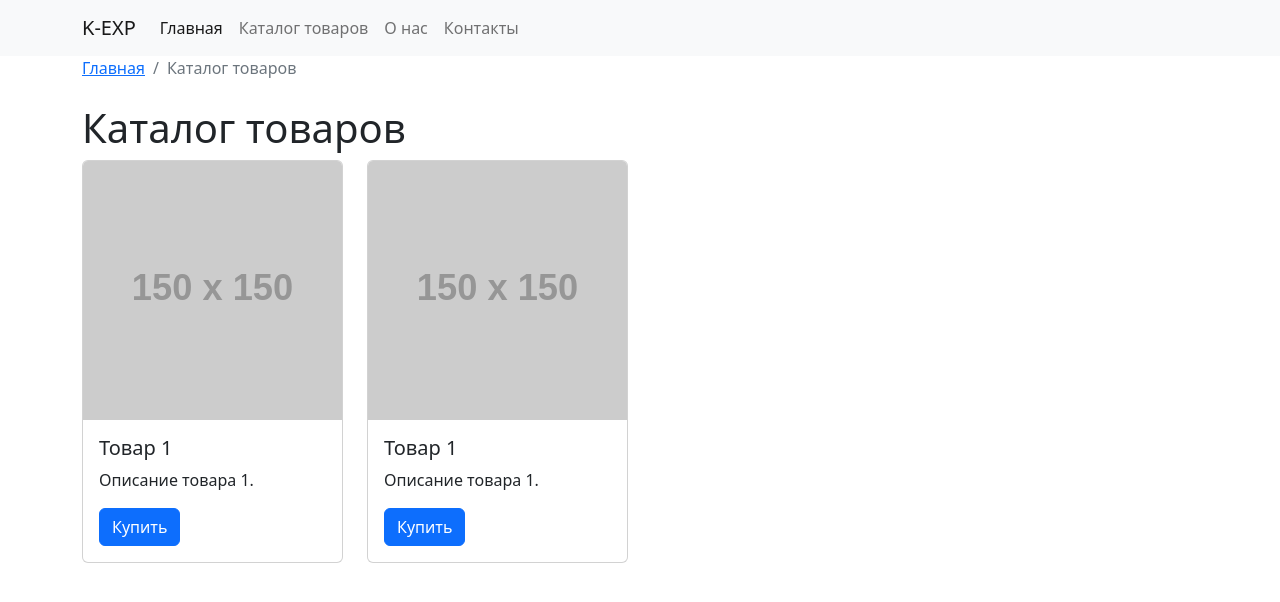
Repository: smartsoltech/kexp-shop
Page: main/catalog/templates/catalog/base.html
The author's editor kept a copy of each file at every save. The page is drawn from the files as they stood at one save, then again after the next save.
The browser window is 1280 px wide. The pictures show the whole page.
The template is drawn by Django 4.2. The application's start-up code is not run. Other server files are loaded and not shown. The template is opened directly, without the code that normally fills it, so the values that code supplies are empty.

Above is the page before, as saved 2023-03-14 14:08:14.

### main/catalog/templates/catalog/base.html
<!DOCTYPE html>
<html lang="ru">
<head>
  <meta charset="UTF-8">
  <meta name="viewport" content="width=device-width, initial-scale=1.0">
  <title>{% block title %}{% endblock %}</title>
  <!-- Подключение Bootstrap CSS -->
  <link rel="stylesheet" href="https://cdn.jsdelivr.net/npm/bootstrap@5.2.3/dist/css/bootstrap.min.css" integrity="sha384-rbsA2VBKQhggwzxH7pPCaAqO46MgnOM80zW1RWuH61DGLwZJEdK2Kadq2F9CUG65" crossorigin="anonymous"></head>
<body>

  <!-- Навигационная панель -->
  <nav class="navbar navbar-expand-lg navbar-light bg-light">
    <div class="container">
      <a class="navbar-brand" href="{% url 'home' %}">K-EXP</a>
      <button class="navbar-toggler" type="button" data-bs-toggle="collapse" data-bs-target="#navbarNav" aria-controls="navbarNav" aria-expanded="false" aria-label="Toggle navigation">
        <span class="navbar-toggler-icon"></span>
      </button>
      <div class="collapse navbar-collapse" id="navbarNav">
        <ul class="navbar-nav">
          <li class="nav-item">
            <a class="nav-link active" aria-current="page" href="{% url 'home' %}">Главная</a>
          </li>
          <li class="nav-item">
            <a class="nav-link" href="#">Каталог товаров</a>
          </li>
          <li class="nav-item">
            <a class="nav-link" href="{% url 'about' %}">О нас</a>
          </li>
          <li class="nav-item">
            <a class="nav-link" href="#">Контакты</a>
          </li>
        </ul>
      </div>
    </div>
  </nav>

  <!-- Хлебные крошки -->
  <nav aria-label="breadcrumb">
    <div class="container">
      <ol class="breadcrumb">
        <li class="breadcrumb-item"><a href="#">Главная</a></li>
        <li class="breadcrumb-item active" aria-current="page">Каталог товаров</li>
      </ol>
    </div>
  </nav>

  <!-- Основное содержимое -->
  <div class="container my-4">
    <h1>Каталог товаров</h1>
    <div class="row">
      <div class="col-md-3">
        <div class="card">
          <img src="https://via.placeholder.com/150" class="card-img-top" alt="...">
          <div class="card-body">
            <h5 class="card-title">Товар 1</h5>
            <p class="card-text">Описание товара 1.</p>
            <a href="#" class="btn btn-primary">Купить</a>
          </div>
      </div>
    </div>
      <div class="col-md-3">
        <div class="card">
          <img src="https://via.placeholder.com/150" class="card-img-top" alt="...">
          <div class="card-body">
            <h5 class="card-title">Товар 1</h5>
            <p class="card-text">Описание товара 1.</p>
            <a href="#" class="btn btn-primary">Купить</a>
          </div>
      </div>
    </div>
  </div>

After the next save:
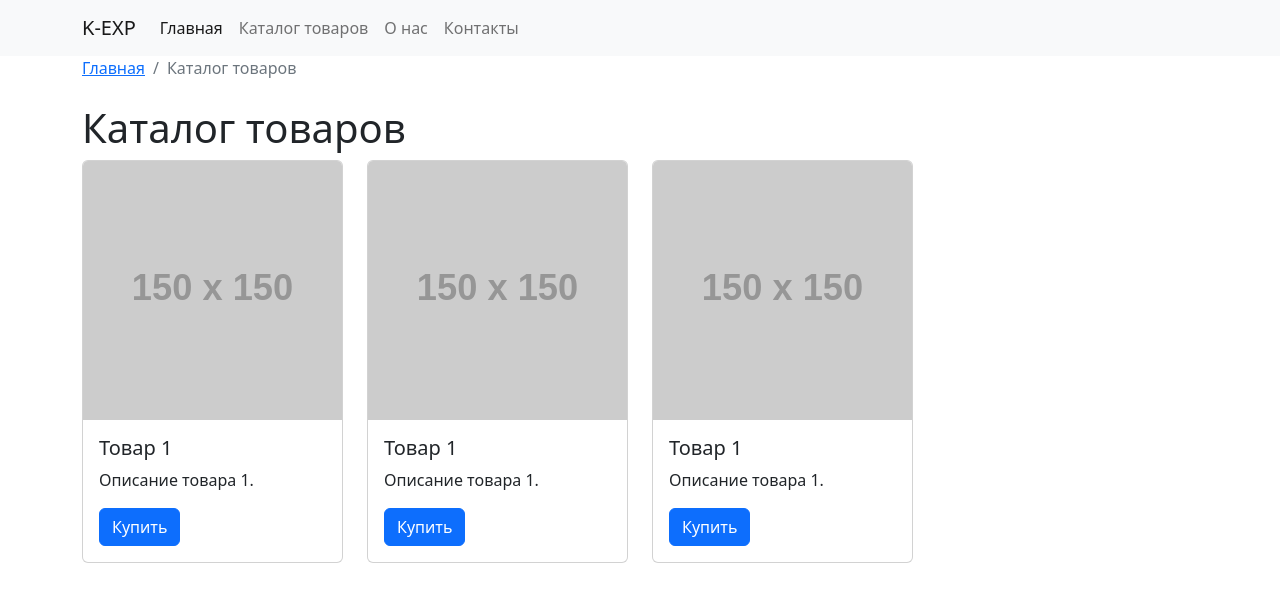
Saved 29 s later.
--- a/main/catalog/templates/catalog/base.html
+++ b/main/catalog/templates/catalog/base.html
@@ -68,4 +68,14 @@
           </div>
       </div>
     </div>
+    <div class="col-md-3">
+      <div class="card">
+        <img src="https://via.placeholder.com/150" class="card-img-top" alt="...">
+        <div class="card-body">
+          <h5 class="card-title">Товар 1</h5>
+          <p class="card-text">Описание товара 1.</p>
+          <a href="#" class="btn btn-primary">Купить</a>
+        </div>
+    </div>
   </div>
+  </div>
